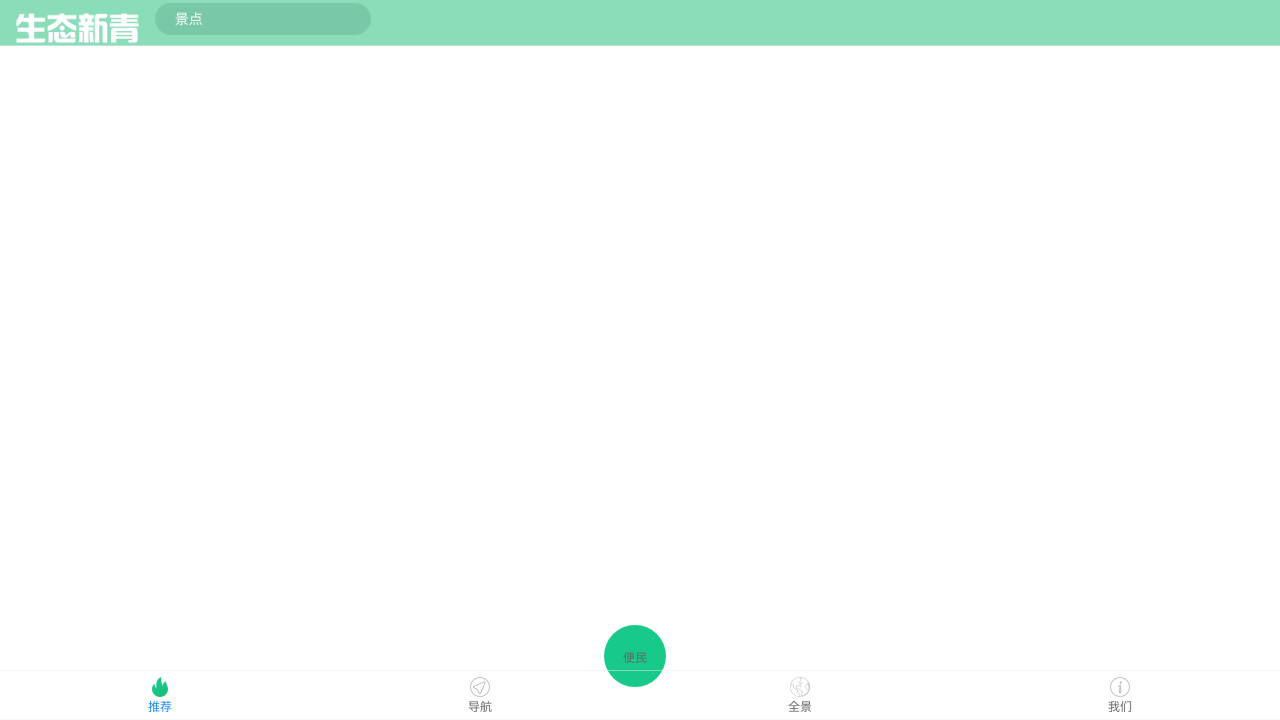
Repository: huye123/stcq
Page: /
These files come from the project's save history. The page is drawn as it stood at one moment and after the next save; the edit follows.
The browser window is 1280 px wide. The pictures show the whole page.
The project was rebuilt for these pictures with package versions that can differ from the ones it lists, and the page was loaded fresh each time. Also part of the build but not shown: src/components/search.vue.

Above is the page before, as saved 2019-06-28 16:38:54.

After the next save:
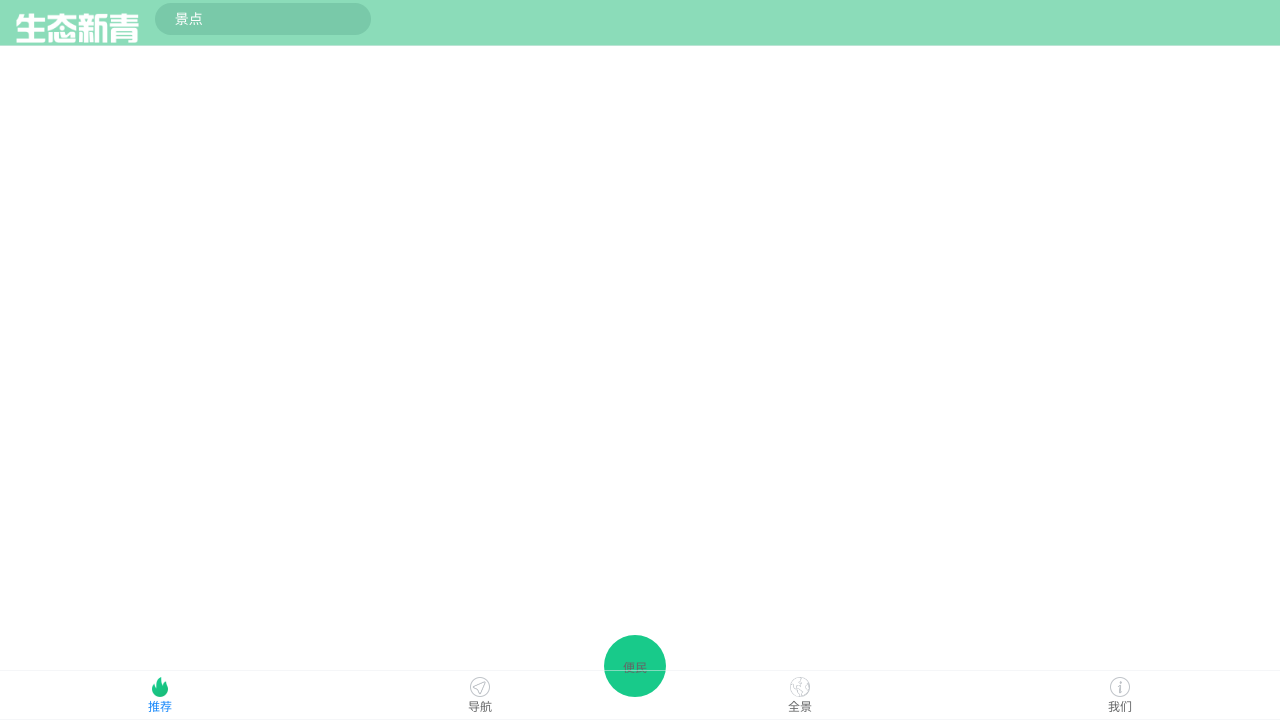
Saved 4 s later.
--- a/src/App.vue
+++ b/src/App.vue
@@ -85,7 +85,7 @@ export default {
     height: 62px;
     width: 62px;
     position: absolute;
-    top:  calc(-50% - 20px);
+    top:  calc(-50% - 10px);
     left: calc(50% - 36px);
 
 }
